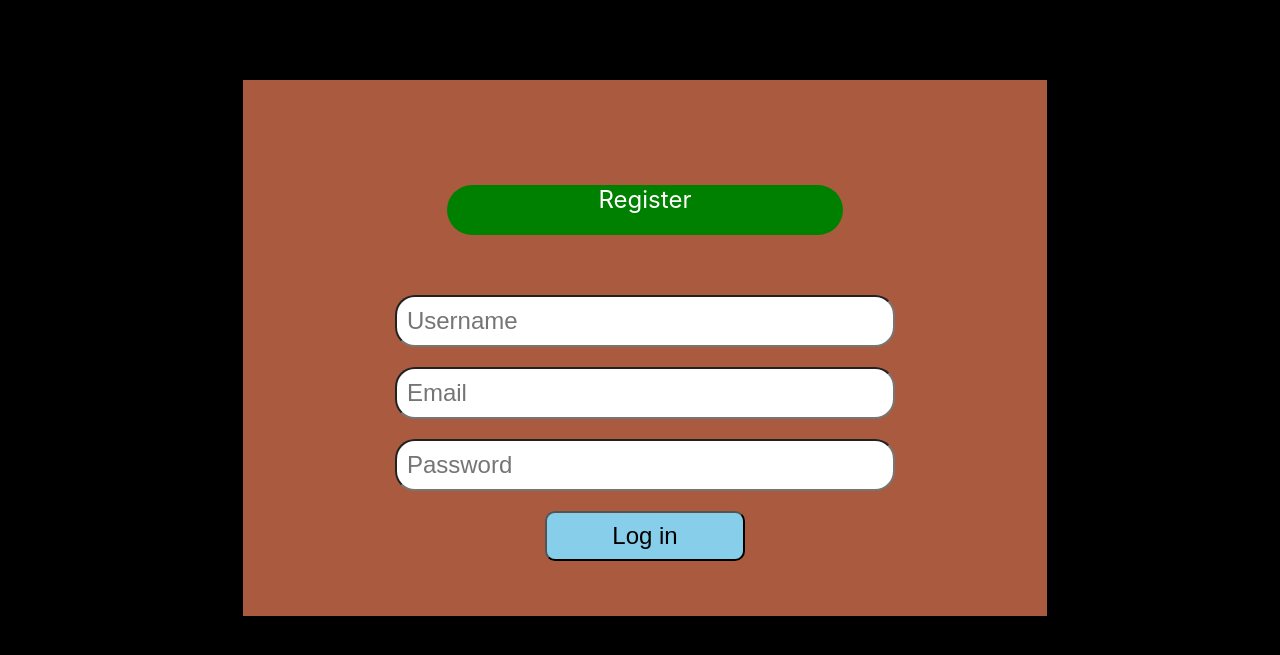
Repository: abhaysharma20233009/swiftKey
Page: /login (app in frontend/my-app/)
These files come from the project's save history. The page is drawn as it stood at one moment and after the next save; the edit follows.
The browser window is 1280 px wide. The pictures show the whole page.
The project was rebuilt for these pictures with package versions that can differ from the ones it lists, and the page was loaded fresh each time. Also part of the build but not shown: frontend/my-app/src/Swifts.js, frontend/my-app/src/Results.js.

Above is the page before, as saved 2024-10-10 20:07:13.

### frontend/my-app/src/App.js
//App.js

import './App.css';
import React from 'react';
import { BrowserRouter as Router, Route, Routes } from 'react-router-dom';
import Swift from './Swifts';
import Results from './Results';
import Login from './Login';
const App = () => {
    return (
        <Router>
			<div className="App">
            <Routes>
                <Route path="/" element={<Swift />} />
                <Route path="/results" element={<Results />} />
                <Route path="/login" element={<Login />} />
            </Routes>
			</div>
        </Router>
    );
};

export default App;

### frontend/my-app/src/App.css
.App {
  text-align: center;
  color:white;
}

body{
  background-color:black;
}

.log{
  color:black;
  margin-left: 10px;
  margin-right: 10px;
  background-color: skyblue;
  border-radius: 10px;
  height:50px;
  width:200px;
  justify-self: end;
  font-size: x-large;
  margin-top:10px;
  margin-bottom:50px;
}




.in{
  border-radius:20px;
  font-size: 24px;
  width: 60%;
  padding: 10px;
  margin: 10px 0;
}

.hea{
  margin-top: 100px;
  margin-bottom: 50px;
  margin-left:25%;
  background-color: lightgray;
  font-size: 24px;
  background-color:green;
  width:50%;
  height:50px;
  border-radius:30px;
  text-align: center;
}

.lo{
  text-align:center;
}
.Timer{
  height:50px;
  font-size:30px;
  margin-bottom: 10px;
  background-color:green;
  width:50px;
  margin-left:48%;
  border-radius: 15px;
}

.form{
  margin-top:80px;
  padding:5px;
  background-color:rgb(169, 90, 63);
  width:62%;
  margin-left:19%;
}

### frontend/my-app/src/Login.js
// Register.js
import React, { useState } from 'react';
import { useNavigate } from 'react-router-dom';
const Login = () => {
    const [username, setUsername] = useState('');
    const [email, setEmail] = useState('');
    const [password, setPassword] = useState('');

    const navigate = useNavigate();
    const fetchUser = async () => {
        try {
            await fetch('http://localhost:7000/login');

        } catch (error) {
            console.error('Error fetching messages:', error);
        }
    };

    const log = async () => {
        try {
            navigate('/', { state: { username,email } });
            const response = await fetch('http://localhost:7000/login', {
                method: 'POST',
                headers: {
                    'Content-Type': 'application/json',
                },
                body: JSON.stringify({ userName: username, email, password }),
            });

            if (!response.ok) {
                const errorData = await response.json();
                alert(errorData.message || errorData.error);
                return;
            }else{
                alert("user successfully registered");
            }
            // Reset fields
            setUsername('');
            setPassword('');

            // Navigate to Swifts with username

            await fetchUser();

        } catch (error) {
            console.error('Error login:', error);
        }
    }


    return (
        <div>

            <form className ="form">
            <div  className='hea'>Register</div>
                <input
                    className="in"
                    type="text"
                    placeholder="Username"
                    value={username}
                    onChange={(e) => setUsername(e.target.value)}
                    required
                />
                <br/>
                <input
                className="in"
                    type="email"
                    placeholder="Email"
                    value={email}
                    onChange={(e) => setEmail(e.target.value)}
                    required
                />
                <br/>
                <input

                className="in"
                    type="password"
                    placeholder="Password"
                    value={password}
                    onChange={(e) => setPassword(e.target.value)}
                    required
                />
                <br/>
                <button className="log" onClick={log}>Log in</button>
            </form>
        </div>
    );
};

export default Login;

Loaded but not shown: frontend/my-app/public/index.html (common file); frontend/my-app/src/index.js (common file); frontend/my-app/src/index.css (common file); frontend/my-app/src/reportWebVitals.js (common file)

After the next save:
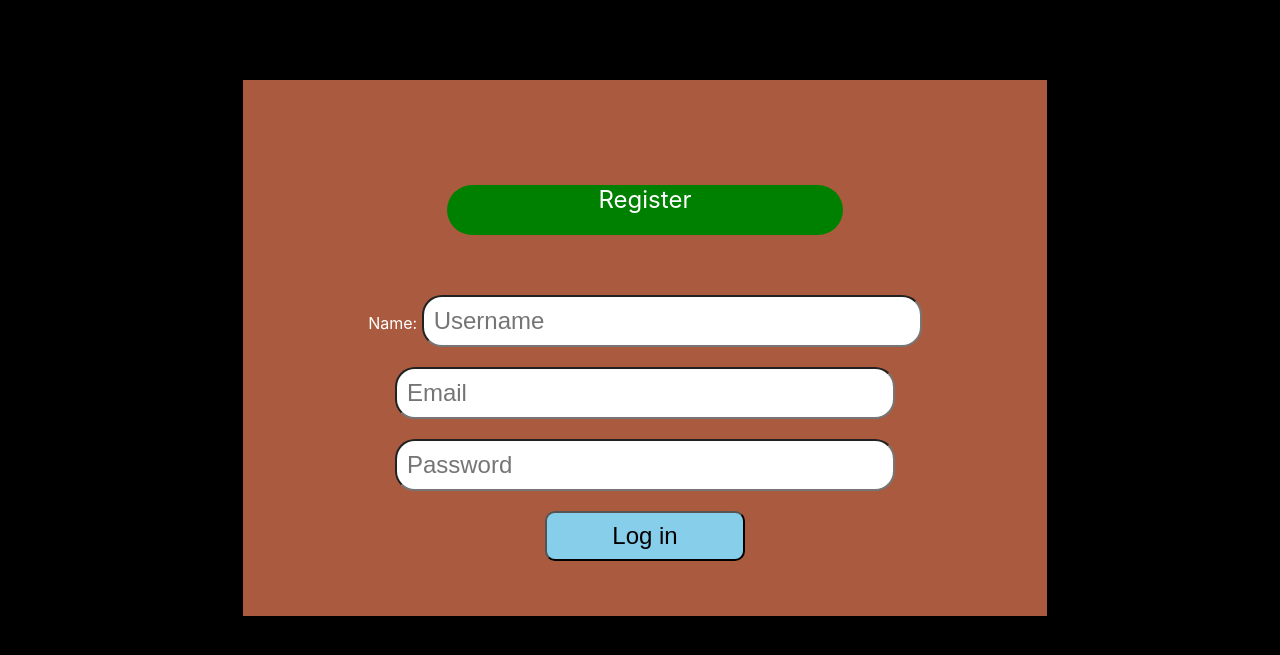
Saved 28 s later.
--- a/frontend/my-app/src/Login.js
+++ b/frontend/my-app/src/Login.js
@@ -53,7 +53,7 @@ const Login = () => {
 
             <form className ="form">
             <div  className='hea'>Register</div>
-                <input
+               Name: <input
                     className="in"
                     type="text"
                     placeholder="Username"
